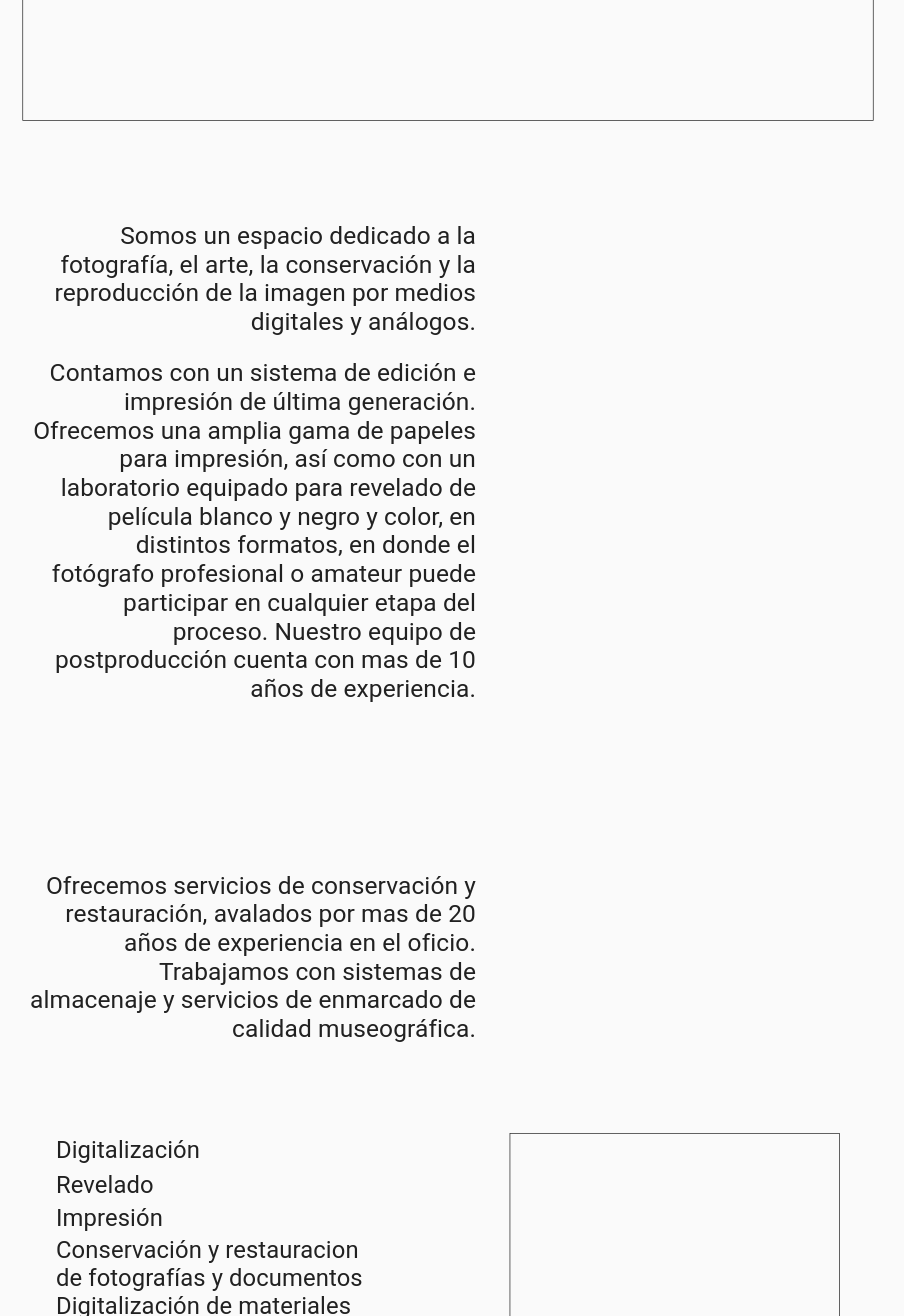
Repository: BrendaCarranco/eme-lab
Page: /
The author's editor kept a copy of each file at every save. The page is drawn from the files as they stood at one save, then again after the next save.
The browser window is 1280 px wide. The page is 1292 px wide, so the pictures cover 1292 px, including what lies to the right of the window. The pictures show the part of the page from y = 681 to 2561 px (the page is 6979 px tall before and 6907 px after), at 70% of full size.
Some web libraries are served in a nearby version. The project was rebuilt for these pictures with package versions that can differ from the ones it lists, and the page was loaded fresh each time. Also part of the build but not shown: src/components/buildingPage/Building.js, src/components/login/Reset.js, src/components/Dashboard/Title.js, src/components/Dashboard/Cotizacion.js, src/components/Dashboard/Historial.js, src/components/Dashboard/Membresias.js, src/components/Cotizacion/PaperForm.js, src/components/Cotizacion/SizeForm.js and 9 more. Imported but missing from the stored project, and not drawn on this page: src/components/admin/Prices.

Above is the page before, as saved 2020-09-02 16:14:37.

### public/index.html
<!DOCTYPE html>
<html lang="en">

<head>
  <meta charset="utf-8" />

  <meta name="viewport" content="width=device-width, initial-scale=1" />
  <meta name="theme-color" content="#000000" />
  <meta name="description" content="Web site created using create-react-app" />
  <link rel="icon" type="image/png" href="/eme-icon.png">


  </style>

  <!--
      manifest.json provides metadata used when your web app is installed on a
      user's mobile device or desktop. See https://developers.google.com/web/fundamentals/web-app-manifest/
    -->
  <link rel="manifest" href="%PUBLIC_URL%/manifest.json" />
  <!-- CSS only -->
  <link rel="stylesheet" href="https://stackpath.bootstrapcdn.com/bootstrap/4.5.2/css/bootstrap.min.css"
    integrity="sha384-JcKb8q3iqJ61gNV9KGb8thSsNjpSL0n8PARn9HuZOnIxN0hoP+VmmDGMN5t9UJ0Z" crossorigin="anonymous">

  <!--
      Notice the use of %PUBLIC_URL% in the tags above.
      It will be replaced with the URL of the `public` folder during the build.
      Only files inside the `public` folder can be referenced from the HTML.

      Unlike "/favicon.ico" or "favicon.ico", "%PUBLIC_URL%/favicon.ico" will
      work correctly both with client-side routing and a non-root public URL.
      Learn how to configure a non-root public URL by running `npm run build`.
    -->
  <title>EME Laboratorio de arte</title>
</head>

<body>
  <noscript>You need to enable JavaScript to run this app.</noscript>
  <div id="root"></div>
  <!--
      This HTML file is a template.
      If you open it directly in the browser, you will see an empty page.

      You can add webfonts, meta tags, or analytics to this file.
      The build step will place the bundled scripts into the <body> tag.

      To begin the development, run `npm start` or `yarn start`.
      To create a production bundle, use `npm run build` or `yarn build`.
    -->
  <!-- Compiled and minified JavaScript -->

  <script src="https://code.jquery.com/jquery-3.2.1.slim.min.js"
    integrity="sha384-KJ3o2DKtIkvYIK3UENzmM7KCkRr/rE9/Qpg6aAZGJwFDMVNA/GpGFF93hXpG5KkN"
    crossorigin="anonymous"></script>
  <script src="https://cdnjs.cloudflare.com/ajax/libs/popper.js/1.12.9/umd/popper.min.js"
    integrity="sha384-ApNbgh9B+Y1QKtv3Rn7W3mgPxhU9K/ScQsAP7hUibX39j7fakFPskvXusvfa0b4Q"
    crossorigin="anonymous"></script>
  <script src="https://maxcdn.bootstrapcdn.com/bootstrap/4.0.0/js/bootstrap.min.js"
    integrity="sha384-JZR6Spejh4U02d8jOt6vLEHfe/JQGiRRSQQxSfFWpi1MquVdAyjUar5+76PVCmYl"
    crossorigin="anonymous"></script>
</body>

</html>

### src/App.js
import React, { useEffect, useState, useContext } from 'react';
import { BrowserRouter, Switch, Route } from 'react-router-dom';
import { firebase } from './firebase';
import Building from './components/buildingPage/Building';
import Landing from './components/buildingPage/Landing';
import Reset from './components/login/Reset';
import Dashboard from './components/Dashboard/Dashboard';
import SignInSide from './components/login/SignInSide';
import Admin from './components/admin/Admin';
import Prices from './components/admin/Prices';

import { UserContext } from './context/UserProvider';
import NoMember from './components/Dashboard/NoMember';
import Checkout from './components/Cotizacion/Checkout';

function App() {

  const [firebaseUser, setFirebaseUser] = useState(null);
  const [fbName, setFbName] = useState('');
  const [fbMail, setFbMail] = useState('');
  const [usersFiles, setUsersFiles] = useState([]);


  const { userProvider } = useContext(UserContext);

  console.log(userProvider, 'akaaaa');

  //Observador
  useEffect(() => {
    firebase.auth().onAuthStateChanged(user => {
      console.log(user);
      if (user) {
        setFbName(user.displayName);
        setFbMail(user.email);
        setFirebaseUser(user);
      } else {
        setFirebaseUser(null);
        return;
      }
    });
  }, [firebaseUser]);

  return (
    <BrowserRouter>
      <Switch>
        <Route exact path='/'>
          <Landing />
        </Route>
        {/*
        <Route path='/admin'>
          <Admin usersFiles={usersFiles} />
        </Route> */}

        <Route path='/dashboard'>

          {
            userProvider.role === 'Admin' && <Admin usersFiles={usersFiles} />
          }
          {
            userProvider.role === 'Miembro' && <Dashboard firebaseUser={firebaseUser} setUsersFiles={setUsersFiles} usersFiles={usersFiles} fbMail={fbMail} />
          }
          {
            userProvider.role === 'Invitado' && <NoMember />
          }



        </Route>

        <Route path='/signin'>
          <SignInSide />
        </Route>

      </Switch>
    </BrowserRouter>
  );
}

export default App;

### src/context/UserProvider.js
import React, { createContext, useEffect, useState } from 'react';
import { firebase } from '../firebase';

export const UserContext = createContext();

const UserProvider = (props) => {

    const dataInitialUser = {
        email: null,
        uid: null,
        role: null,
        displayName: null
    };

    const [userProvider, setUserProvider] = useState(dataInitialUser);
    const [paper, setPaper] = useState('')
    const [size, setSize] = useState('')


    const [cost, setCost] = useState('');
    const [fullPaperName, setFullPaperName] = useState('');

    const [material, setMaterial] = useState([]);


    useEffect(() => {
        detectUser();
    }, []);

    const detectUser = () => {
        firebase.auth().onAuthStateChanged(user => {
            if (user) {
                console.log(user, 'user provider');
                user.getIdTokenResult()
                    .then(idTokenResult => {
                        console.log(idTokenResult, 'token');
                        if (!!idTokenResult.claims.admin) {
                            console.log('es admin');
                            setUserProvider({
                                email: user.email,
                                uid: user.uid,
                                displayName: user.displayName,
                                role: 'Admin'

                            });
                        } else if (!!idTokenResult.claims.Member) {
                            console.log('es miembro');
                            setUserProvider({
                                email: user.email,
                                uid: user.uid,
                                displayName: user.displayName,
                                role: 'Miembro'
                            });
                        } else {
                            console.log('es invitado');
                            setUserProvider({
                                email: user.email,
                                uid: user.uid,
                                displayName: user.displayName,
                                role: 'Invitado'

                            });
                        }
                    }
                    );

            } else {
                console.log(user, 'user provider null');
            }
        });
    };



    useEffect(() => {
        const fetchMaterial = async () => {
            try {

                const db = firebase.firestore();
                const usersFilesCollection = await db.collection('precios').get();
                const arrayData = await usersFilesCollection.docs.map(doc => ({ id: doc.id, ...doc.data() }));
                //console.log(arrayData);
                setMaterial(arrayData);

            } catch (err) {
                console.log(err);
            }
        };
        fetchMaterial();
    }, [setMaterial]);

    console.log(material);



    const userRegister = async (email, password, name) => {
        try {
            const res = await firebase.auth().createUserWithEmailAndPassword(email, password);
            const collection = await firebase.firestore().collection('usuarios').doc(res.user.email).get();

            if (!collection.exists) {
                await firebase.firestore().collection('usuarios').doc(res.user.email).set({
                    email: res.user.email,
                    uid: res.user.uid,
                    role: 'Invitado',
                    displayName: name
                });
                let current = firebase.auth().currentUser;
                current.updateProfile({
                    displayName: name
                });

            }

        } catch (error) {
            console.log(error);
        }
        firebase.auth().signOut();
    };

    return (
        <UserContext.Provider value={{ userProvider, userRegister, setPaper, material, paper, setSize, cost, setCost, fullPaperName, setFullPaperName, size }} >
            {props.children}
        </UserContext.Provider>
    );
};

export default UserProvider;

### src/firebase.js
import firebase from 'firebase/app';
import 'firebase/auth';
import 'firebase/firestore';
import 'firebase/storage';
import 'firebase/functions';

const firebaseConfig = {
    apiKey: "AIzaSyB1b8DSEsphXC6iROi09Go8DnzwT9N6RYY",
    authDomain: "eme-lab.firebaseapp.com",
    databaseURL: "https://eme-lab.firebaseio.com",
    projectId: "eme-lab",
    storageBucket: "eme-lab.appspot.com",
    messagingSenderId: "906776180001",
    appId: "1:906776180001:web:939db4508539931fda3a60"
};
// Initialize Firebase
firebase.initializeApp(firebaseConfig);

export { firebase };

### src/components/buildingPage/Landing.js
import React from 'react';
import AppBar from '@material-ui/core/AppBar';
import Button from '@material-ui/core/Button';
import CardMedia from '@material-ui/core/CardMedia';
import CssBaseline from '@material-ui/core/CssBaseline';
import Grid from '@material-ui/core/Grid';
import Toolbar from '@material-ui/core/Toolbar';
import Typography from '@material-ui/core/Typography';
import { makeStyles } from '@material-ui/core/styles';
import Container from '@material-ui/core/Container';
import Link from '@material-ui/core/Link';
import Box from '@material-ui/core/Box';
import logoeme from '../../img/logoeme.png';
import {ThemeProvider} from '@material-ui/core/styles'
import theme from '../../temaConfig';

function Copyright() {
  return (
    <Typography variant="body2" color="textSecondary" align="center">
      {'Copyright © '}
      <Link color="inherit" href="https://material-ui.com/">
        Eme-Lab
      </Link>{' '}
      {new Date().getFullYear()}
      {'.'}
    </Typography>
  );
}

const useStyles = makeStyles((theme) => ({
  icon: {
    marginRight: theme.spacing(2),
  },
  heroContent: {
    backgroundColor: theme.palette.background.paper,
    padding: theme.spacing(8, 0, 6),
  },
  heroButtons: {
    marginTop: theme.spacing(4),
  },
  cardGrid: {
    paddingTop: theme.spacing(8),
    paddingBottom: theme.spacing(8),
  },
  card: {
    height: '100%',
    display: 'flex',
    flexDirection: 'column',
  },
  cardMedia: {
    paddingTop: '56.25%', // 16:9
  },
  cardContent: {
    flexGrow: 1,
  },
  footer: {
    backgroundColor: theme.palette.background.paper,
    padding: theme.spacing(6),
  },
  logo: {
    height: '145px',
    width: '245px',
    paddingTop:'40px',
    paddingLeft:'20px',
  },
  button: {
    paddingTop:'100px',
    fontSize: '23px',
    textTransform: 'none',
  },
  toolbar: {

    height: '180px',

  },
  grow: {
    flexGrow: 1,
  },
}));



export default function Landing() {
  const classes = useStyles();

  return (
    <ThemeProvider theme={theme}>
      <CssBaseline />
      <AppBar position="sticky" className={classes.toolbar} color="inherent" elevation={0}>
        <Toolbar>
        <CardMedia
            title="logo"
            image={logoeme}
            className={classes.logo}
            component="img"
            noWrap

          />
          <div className={classes.grow} />
          <Button className={classes.button} variant="text" size="large">
            Nosotros
          </Button>
          <Button className={classes.button} variant="text" size="large">
            Servicios
        </Button>
        <Button className={classes.button} variant="text" size="large">
            Membresías
        </Button>

          <Button className={classes.button} variant="text" size="large">
            Cotiza tu proyecto
            </Button>
          <Button className={classes.button} variant="text" size="large">
            Contacto
            </Button>
            <Button className={classes.button} variant="text" size="large">
            Cuenta
            </Button>
        </Toolbar>
      </AppBar>
      <Box
      border={1}
      m={4}
      p={40}
      bgcolor="inherent">

      </Box>
      <div>
          <Grid container spacing={3}>
              <Grid item xs>
              <Box
               border={0}
               m={5}
               p={2}
               width={1/2}
               left></Box>
              <Box m={5} width={1/2} flexDirection="row-reverse" display="flex" alignSelf="flex-end">
              <Typography component="div" color="initial" variant="body1">
                    <Box fontSize={35} lineHeight="normal" textAlign="right">
                    Somos un espacio dedicado a la fotografía, el arte,
                    la conservación y la reproducción de la imagen por
                    medios digitales y análogos.
                    </Box>
                    <Box p={2}></Box>
                    <Box fontSize={35} lineHeight="normal" textAlign="right">
                    Contamos con un sistema de edición e impresión
                    de última generación.<br/>
                    Ofrecemos una amplia gama de papeles para
                    impresión, así como con un laboratorio equipado para
                    revelado de película blanco y negro y color, en distintos
                    formatos, en donde el fotógrafo profesional o amateur
                    puede participar en cualquier etapa del proceso.
                    Nuestro equipo de postproducción cuenta con mas
                    de 10 años de experiencia.
                    </Box>
                    <Box m={10}
                        p={5}>

                    </Box>
                    <Box fontSize={35} lineHeight="normal" textAlign="right">
                    Ofrecemos servicios de conservación y restauración,
                    avalados por mas de 20 años de experiencia en el oficio.
                    Trabajamos con sistemas de almacenaje y servicios
                    de enmarcado de calidad museográfica.
                    </Box>
              </Typography>
              </Box>

              </Grid>
          </Grid>
        <Grid container spacing={2}>
          <Grid item xs={6}>
              <Box
               m={10}
               >
                   <Box fontSize="h4.fontSize">
                   Digitalización
                   </Box>
                   <Box fontSize="h4.fontSize">
                   Revelado
                   </Box>
                   <Box fontSize="h4.fontSize">
                   Impresión
                   </Box>
                   <Box fontSize="h4.fontSize" lineHeight="normal">
                   Conservación y restauracion<br/>
                   de fotografías y documentos
                   </Box>
                   <Box fontSize="h4.fontSize" lineHeight="normal">
                   Digitalización de materiales<br/>
                   fotográficos y obras de arte
                   </Box>



               </Box>
            </Grid>
            <Grid item xs={6}>
              <Box
               border={1}
               m={10}
               p={20}></Box>
            </Grid>
            <Grid item xs={6}>
              <Box
               m={10}
               >
                   <Box fontSize="h4.fontSize">
                   Digitalización
                   </Box>
                   <Box p={3}></Box>
                   <Box fontSize="h4.fontSize" lineHeight="normal">
                   Digitalización de negativos con<br/>
                  sensor CMOS Full Frame de 50.6 megapixeles
                   </Box>
                   <Box fontSize="h4.fontSize">
                   Cama plana Epson V850 Pro
                   </Box>



               </Box>
            </Grid>
            <Grid item xs={6}>
              <Box
               border={1}
               m={10}
               p={20}
               mt={40}></Box>
            </Grid>
            <Grid item xs={6}>
              <Box
               m={10}
               >
                   <Box fontSize="h4.fontSize">
                   Revelado
                   </Box>
                   <Box p={3}></Box>
                   <Box fontSize="h4.fontSize" lineHeight="normal">
                   Blanco y Negro
                   </Box>
                   <Box fontSize="h4.fontSize">
                   Color
                   </Box>



               </Box>
            </Grid>
            <Grid item xs={6}>
              <Box
               border={1}
               m={10}
               p={20}
               mt={40}></Box>
            </Grid>
            <Grid item xs={6}>
              <Box
               m={10}
               >
                   <Box fontSize="h4.fontSize">
                   Impresión
                   </Box>
                   <Box p={3}></Box>
                   <Box fontSize="h4.fontSize" lineHeight="normal">
                   Impresión digital con inyección<br/>
                    de tintas EPSON Ultrachrome HDX
                   </Box>




               </Box>
            </Grid>
            <Grid item xs={6}>
              <Box
               border={1}
               m={10}
               p={20}
               mt={40}></Box>
            </Grid>
            <Grid item xs={6}>
              <Box
               m={10}
            >
                   <Box fontSize="h4.fontSize" lineHeight="normal">
                   Conservación y restauracion
de fotografías y documentos
                   </Box>
                   <Box p={3}></Box>
                   <Box fontSize="h4.fontSize" lineHeight="normal">
                   Estabilización y consolidación de emulsiones
                    </Box>
                   <Box fontSize="h4.fontSize" lineHeight="normal">
                   Limpieza de obras
                   </Box>
                   <Box fontSize="h4.fontSize" lineHeight="normal">
                   Tratamientos para la detención de la degradación
                   </Box>
                   <Box fontSize="h4.fontSize" lineHeight="normal">
                   Restauración de marcos y sistemas de montaje
                   </Box>
                   <Box fontSize="h4.fontSize" lineHeight="normal">
                   Creación de embalajes de protección especiales
                   </Box>
                   <Box fontSize="h4.fontSize" lineHeight="normal">
                   Producción e facsímiles para exposición
                   </Box>
                   <Box fontSize="h4.fontSize" lineHeight="normal">
                   Montajes para exposición siguiendo normas de durabilidad y conservación museográfica
                   </Box>
                   <Box p={10}>

                   </Box>
                   <Box fontSize="h4.fontSize" lineHeight="normal">
                   Digitalización de materiales<br/>
                    fotográficos y obras de arte
                   </Box>
                   <Box p={3}></Box>
                   <Box fontSize="h4.fontSize" lineHeight="normal">
                   Las fotografías, inevitablemente, se deterioran con el paso del tiempo.<br/>
                    Al digitalizar una obra, aseguramos la posibilidad de<br/> poder apreciar
                      y estudiar esta pieza, aún cuando el<br/> original sufra deterioros o pérdidas.
                    </Box>
                    <Box p={3}></Box>
                   <Box fontSize="h4.fontSize" lineHeight="normal">
                   Acondicionamiento, limpieza y preparación de piezas<br/> para digitalización.<br/>
                    Digitalización y Reproducción de obras de arte<br/>
                    Inserción de metadatos y catalogación.
                   </Box>






               </Box>
            </Grid>
            <Grid item xs={6}>
              <Box
               border={1}
               m={10}
              height="1400px"
               width="80%"></Box>
            </Grid>

        </Grid>
      </div>

      {/* Footer */}
      <footer className={classes.footer}>
        <Typography variant="h6" align="center" gutterBottom>
          Footer
        </Typography>
        <Typography variant="subtitle1" align="center" color="textSecondary" component="p">
          Something here to give the footer a purpose!
        </Typography>
        <Copyright />
      </footer>
      {/* End footer */}
    </ThemeProvider>
  );
}

### src/temaConfig.js
import {createMuiTheme} from '@material-ui/core/styles'
import NeueMontreal from '/home/manuel/Escritorio/Eme-lab/eme-lab/src/font/NeueMontreal-Regular.woff';

const neueMontreal = {
  fontFamily: 'NeueMontreal',
  fontStyle: 'normal',
  fontDisplay: 'swap',
  fontWeight: 400,
  src: `
    local('NeueMontreal'),
    local('NeueMontreal-Regular),
    url(${NeueMontreal}) format('woff')
  `,
  unicodeRange:
    'U+0000-00FF, U+0131, U+0152-0153, U+02BB-02BC, U+02C6, U+02DA, U+02DC, U+2000-206F, U+2074, U+20AC, U+2122, U+2191, U+2193, U+2212, U+2215, U+FEFF',
};

const theme = createMuiTheme({

  });

export default theme;

Loaded but not shown: src/index.js (common file); src/index.css (common file); src/serviceWorker.js (common file)

After the next save:
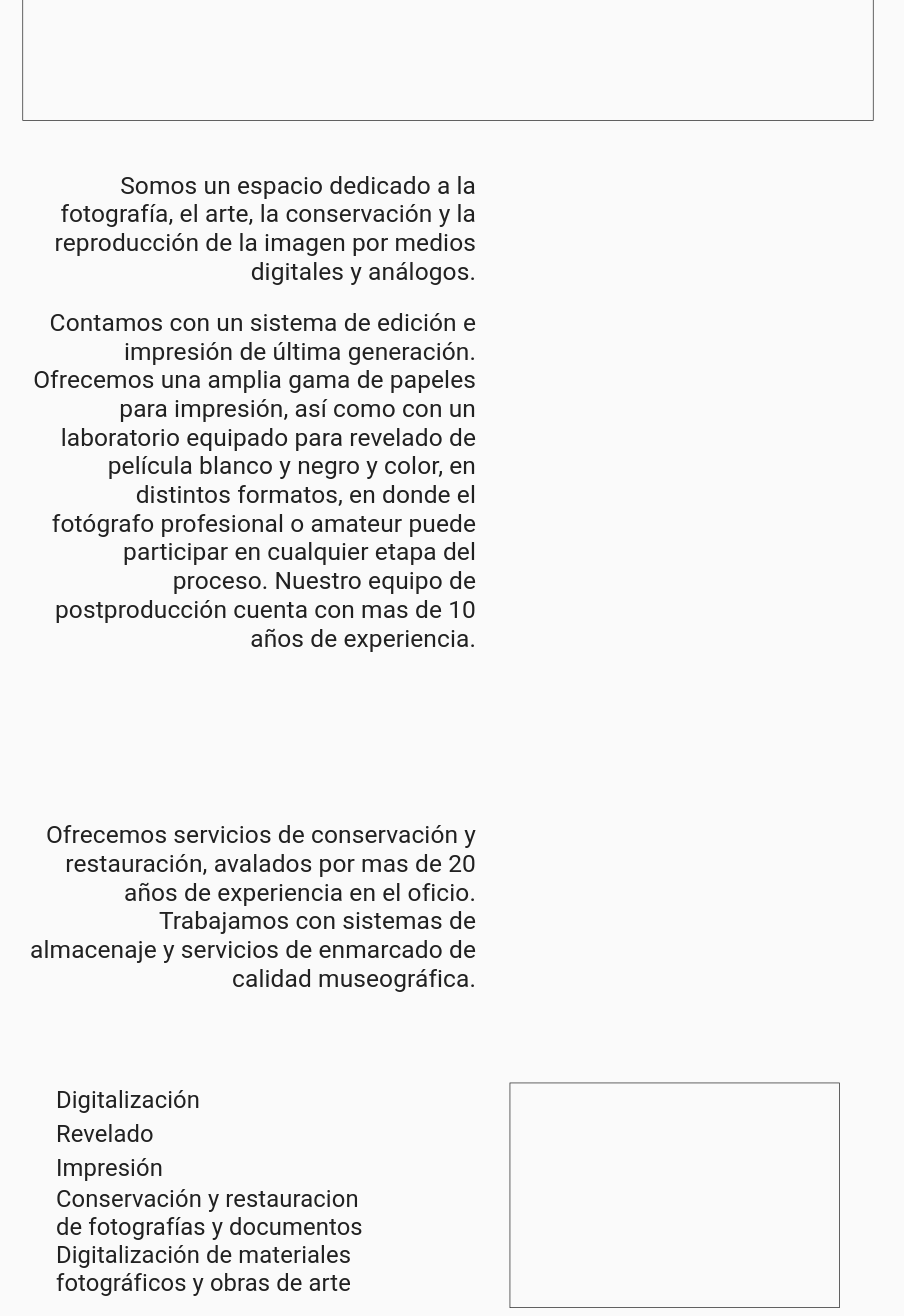
Saved 112 s later.
--- a/src/components/buildingPage/Landing.js
+++ b/src/components/buildingPage/Landing.js
@@ -128,12 +128,7 @@ export default function Landing() {
       <div>
           <Grid container spacing={3}>
               <Grid item xs>
-              <Box
-               border={0}
-               m={5}
-               p={2}
-               width={1/2}
-               left></Box>
+
               <Box m={5} width={1/2} flexDirection="row-reverse" display="flex" alignSelf="flex-end">
               <Typography component="div" color="initial" variant="body1">
                     <Box fontSize={35} lineHeight="normal" textAlign="right">
